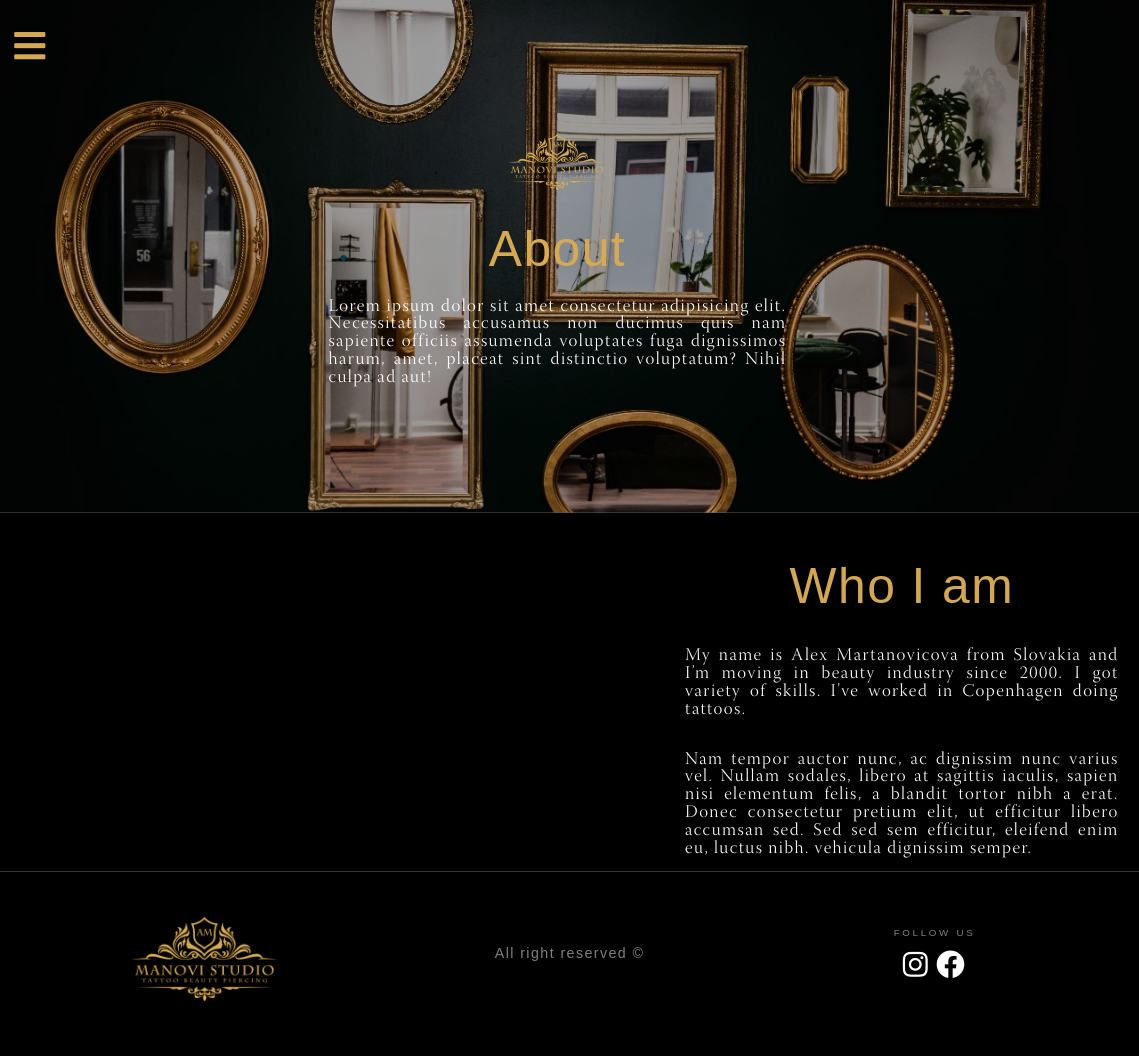
Repository: Spreceriany/TattooWeb
Page: about.html
These files come from the project's save history. The page is drawn as it stood at one moment and after the next save; the edit follows.
The browser window is 1280 px wide. The pictures show the whole page, at 89% of full size.
Some web fonts or font styles are not loaded; a fallback is used. Some web libraries are served in a nearby version.

Above is the page before, as saved 2020-04-10 19:16:09.
Console error: ReferenceError: AOS is not defined

After the next save:
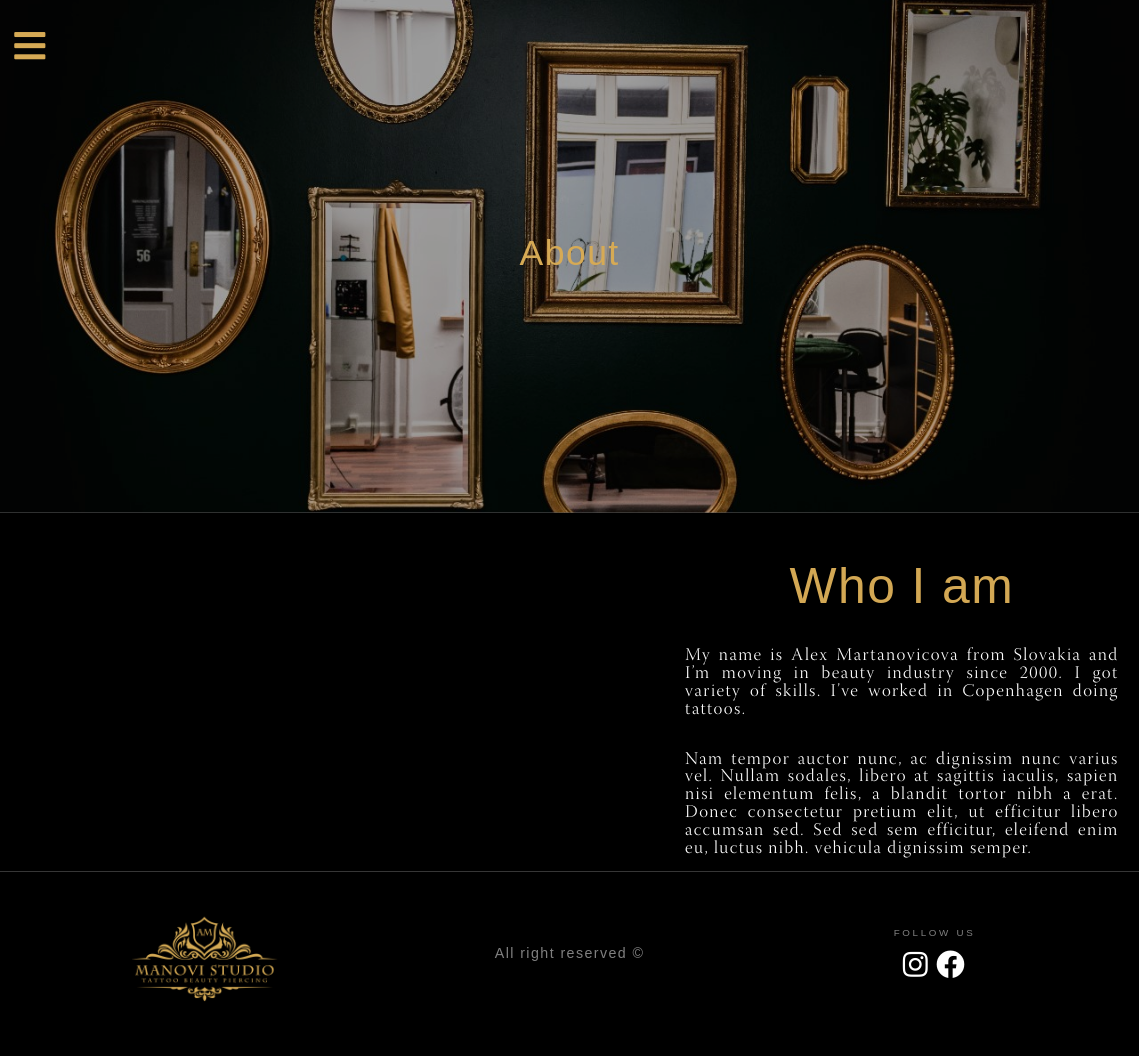
Saved 39 min 51 s later.
--- a/about.html
+++ b/about.html
@@ -65,19 +65,7 @@
 
 
       <div class="container-fluid about-bg flex-column d-flex justify-content-center text-center">
-        <div class="row px-5">
-          <div class="offset-0 offset-md-3">
-
-          </div>
-          <div class="col-12 col-md-6">
-            <img src="images/GOLD.png" alt="logo" class="img-fluid" style="height: 120px;">
-            <h1 class="gold display-4"> About</h1>
-            <p class="lead text-white text-justify second-font">Lorem ipsum dolor sit amet consectetur adipisicing elit. Necessitatibus accusamus non ducimus quis nam sapiente officiis assumenda voluptates fuga dignissimos harum, amet, placeat sint distinctio voluptatum? Nihil culpa ad aut!</p>
-          </div>
-          <div class="offset-0 offset-md-3">
-
-          </div>
-        </div>
+       <h1 class="gold">About</h1>
 
       </div>
 
